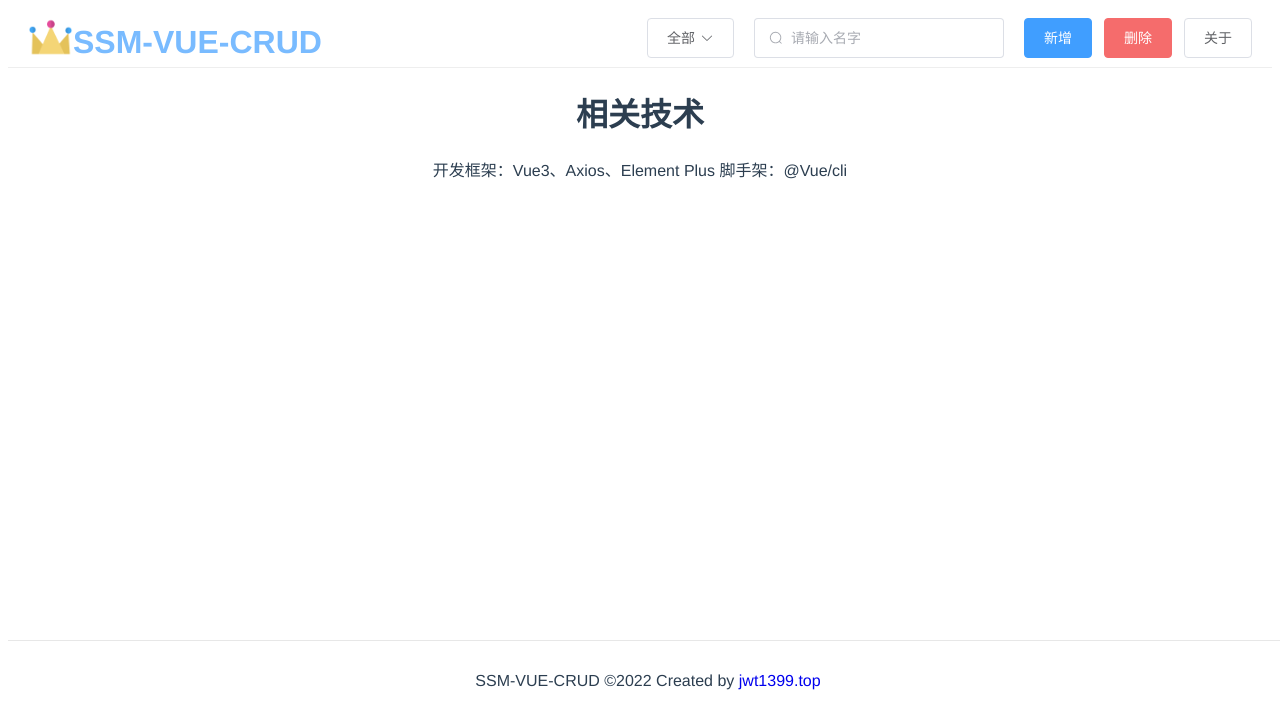
Repository: jwt1399/ssm-vue-crud
Page: /#/about (app in ssm-crud-front/)
These files come from the project's save history. The page is drawn as it stood at one moment and after the next save; the edit follows.
The browser window is 1280 px wide. The pictures show the whole page.
The project was rebuilt for these pictures with package versions that can differ from the ones it lists, and the page was loaded fresh each time. Also part of the build but not shown: ssm-crud-front/vue.config.js, ssm-crud-front/src/components/Form.vue, ssm-crud-front/src/views/CrudView.vue.

Above is the page before, as saved 2022-06-09 13:09:24.

After the next save:
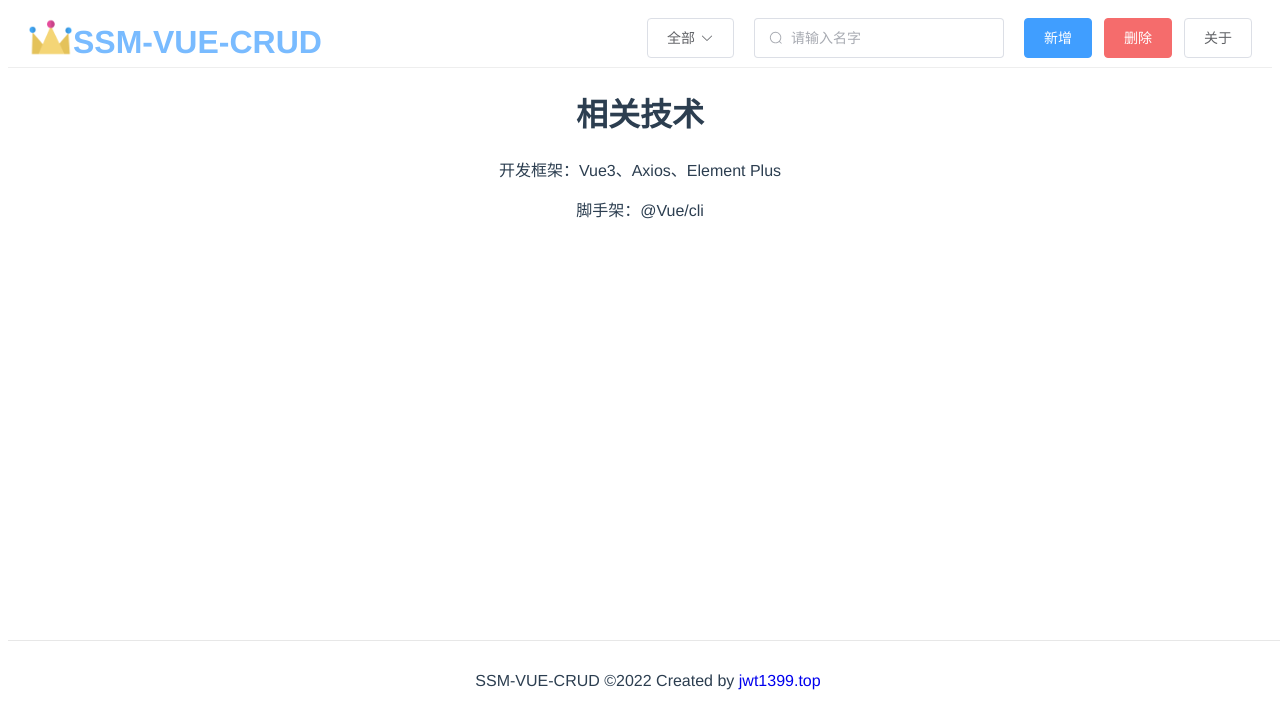
Saved 6 s later.
--- a/ssm-crud-front/src/views/AboutView.vue
+++ b/ssm-crud-front/src/views/AboutView.vue
@@ -2,8 +2,8 @@
   <div class="about">
     <!-- <h1>This is an about page</h1> -->
     <h1>相关技术</h1>
-    <span>开发框架：Vue3、Axios、Element Plus</span>
-    <span>  脚手架：@Vue/cli</span>
+    <p>开发框架：Vue3、Axios、Element Plus</p>
+    <p>  脚手架：@Vue/cli</p>
 
   </div>
 </template>
